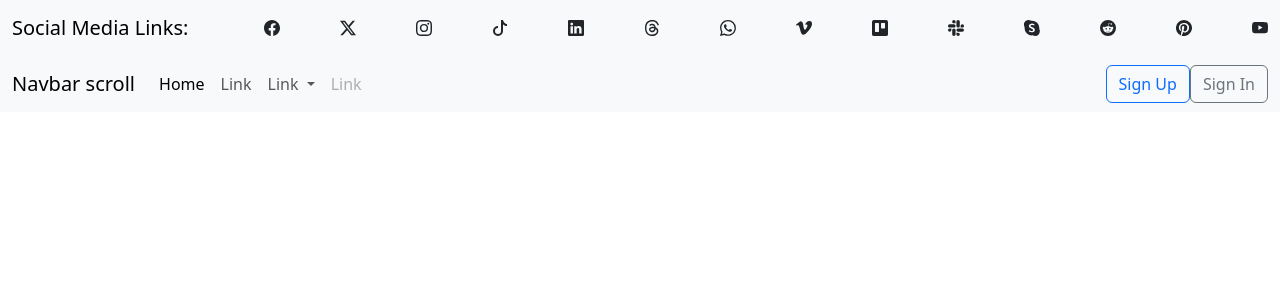
Repository: HaziimYassien/The-Discount-Empire
Page: index.html
The author's editor kept a copy of each file at every save. The page is drawn from the files as they stood at one save, then again after a run of saves.
The browser window is 1280 px wide. The pictures show the whole page.

Above is the page before, as saved 2024-01-24 17:24:58.

### index.html
<!DOCTYPE html>
<html lang="en">
  <head>
    <meta charset="UTF-8" />
    <meta name="viewport" content="width=device-width, initial-scale=1.0" />
    <link rel="stylesheet" href="/style.css" />
    <link rel="stylesheet" href="/css/bootstrap.css" />
    <title>Document</title>
  </head>
  <body>
    <!-- START _SocialMediaBar -->
<nav class="navbar sticky-top navbar-light bg-light">
  <div class="container-fluid">
    <a class="navbar-brand" href="#">Social Media Links: </a>
    <svg xmlns="http://www.w3.org/2000/svg" width="16" height="16" fill="currentColor" class="bi bi-facebook" viewBox="0 0 16 16">
  <path d="M16 8.049c0-4.446-3.582-8.05-8-8.05C3.58 0-.002 3.603-.002 8.05c0 4.017 2.926 7.347 6.75 7.951v-5.625h-2.03V8.05H6.75V6.275c0-2.017 1.195-3.131 3.022-3.131.876 0 1.791.157 1.791.157v1.98h-1.009c-.993 0-1.303.621-1.303 1.258v1.51h2.218l-.354 2.326H9.25V16c3.824-.604 6.75-3.934 6.75-7.951"/>
</svg>
<svg xmlns="http://www.w3.org/2000/svg" width="16" height="16" fill="currentColor" class="bi bi-twitter-x" viewBox="0 0 16 16">
  <path d="M12.6.75h2.454l-5.36 6.142L16 15.25h-4.937l-3.867-5.07-4.425 5.07H.316l5.733-6.57L0 .75h5.063l3.495 4.633L12.601.75Zm-.86 13.028h1.36L4.323 2.145H2.865z"/>
</svg>
<svg xmlns="http://www.w3.org/2000/svg" width="16" height="16" fill="currentColor" class="bi bi-instagram" viewBox="0 0 16 16">
  <path d="M8 0C5.829 0 5.556.01 4.703.048 3.85.088 3.269.222 2.76.42a3.9 3.9 0 0 0-1.417.923A3.9 3.9 0 0 0 .42 2.76C.222 3.268.087 3.85.048 4.7.01 5.555 0 5.827 0 8.001c0 2.172.01 2.444.048 3.297.04.852.174 1.433.372 1.942.205.526.478.972.923 1.417.444.445.89.719 1.416.923.51.198 1.09.333 1.942.372C5.555 15.99 5.827 16 8 16s2.444-.01 3.298-.048c.851-.04 1.434-.174 1.943-.372a3.9 3.9 0 0 0 1.416-.923c.445-.445.718-.891.923-1.417.197-.509.332-1.09.372-1.942C15.99 10.445 16 10.173 16 8s-.01-2.445-.048-3.299c-.04-.851-.175-1.433-.372-1.941a3.9 3.9 0 0 0-.923-1.417A3.9 3.9 0 0 0 13.24.42c-.51-.198-1.092-.333-1.943-.372C10.443.01 10.172 0 7.998 0zm-.717 1.442h.718c2.136 0 2.389.007 3.232.046.78.035 1.204.166 1.486.275.373.145.64.319.92.599s.453.546.598.92c.11.281.24.705.275 1.485.039.843.047 1.096.047 3.231s-.008 2.389-.047 3.232c-.035.78-.166 1.203-.275 1.485a2.5 2.5 0 0 1-.599.919c-.28.28-.546.453-.92.598-.28.11-.704.24-1.485.276-.843.038-1.096.047-3.232.047s-2.39-.009-3.233-.047c-.78-.036-1.203-.166-1.485-.276a2.5 2.5 0 0 1-.92-.598 2.5 2.5 0 0 1-.6-.92c-.109-.281-.24-.705-.275-1.485-.038-.843-.046-1.096-.046-3.233s.008-2.388.046-3.231c.036-.78.166-1.204.276-1.486.145-.373.319-.64.599-.92s.546-.453.92-.598c.282-.11.705-.24 1.485-.276.738-.034 1.024-.044 2.515-.045zm4.988 1.328a.96.96 0 1 0 0 1.92.96.96 0 0 0 0-1.92m-4.27 1.122a4.109 4.109 0 1 0 0 8.217 4.109 4.109 0 0 0 0-8.217m0 1.441a2.667 2.667 0 1 1 0 5.334 2.667 2.667 0 0 1 0-5.334"/>
</svg>
<svg xmlns="http://www.w3.org/2000/svg" width="16" height="16" fill="currentColor" class="bi bi-tiktok" viewBox="0 0 16 16">
  <path d="M9 0h1.98c.144.715.54 1.617 1.235 2.512C12.895 3.389 13.797 4 15 4v2c-1.753 0-3.07-.814-4-1.829V11a5 5 0 1 1-5-5v2a3 3 0 1 0 3 3z"/>
</svg>
<svg xmlns="http://www.w3.org/2000/svg" width="16" height="16" fill="currentColor" class="bi bi-linkedin" viewBox="0 0 16 16">
  <path d="M0 1.146C0 .513.526 0 1.175 0h13.65C15.474 0 16 .513 16 1.146v13.708c0 .633-.526 1.146-1.175 1.146H1.175C.526 16 0 15.487 0 14.854zm4.943 12.248V6.169H2.542v7.225zm-1.2-8.212c.837 0 1.358-.554 1.358-1.248-.015-.709-.52-1.248-1.342-1.248S2.4 3.226 2.4 3.934c0 .694.521 1.248 1.327 1.248zm4.908 8.212V9.359c0-.216.016-.432.08-.586.173-.431.568-.878 1.232-.878.869 0 1.216.662 1.216 1.634v3.865h2.401V9.25c0-2.22-1.184-3.252-2.764-3.252-1.274 0-1.845.7-2.165 1.193v.025h-.016l.016-.025V6.169h-2.4c.03.678 0 7.225 0 7.225z"/>
</svg>
<svg xmlns="http://www.w3.org/2000/svg" width="16" height="16" fill="currentColor" class="bi bi-threads" viewBox="0 0 16 16">
  <path d="M6.321 6.016c-.27-.18-1.166-.802-1.166-.802.756-1.081 1.753-1.502 3.132-1.502.975 0 1.803.327 2.394.948s.928 1.509 1.005 2.644q.492.207.905.484c1.109.745 1.719 1.86 1.719 3.137 0 2.716-2.226 5.075-6.256 5.075C4.594 16 1 13.987 1 7.994 1 2.034 4.482 0 8.044 0 9.69 0 13.55.243 15 5.036l-1.36.353C12.516 1.974 10.163 1.43 8.006 1.43c-3.565 0-5.582 2.171-5.582 6.79 0 4.143 2.254 6.343 5.63 6.343 2.777 0 4.847-1.443 4.847-3.556 0-1.438-1.208-2.127-1.27-2.127-.236 1.234-.868 3.31-3.644 3.31-1.618 0-3.013-1.118-3.013-2.582 0-2.09 1.984-2.847 3.55-2.847.586 0 1.294.04 1.663.114 0-.637-.54-1.728-1.9-1.728-1.25 0-1.566.405-1.967.868ZM8.716 8.19c-2.04 0-2.304.87-2.304 1.416 0 .878 1.043 1.168 1.6 1.168 1.02 0 2.067-.282 2.232-2.423a6.2 6.2 0 0 0-1.528-.161"/>
</svg>
<svg xmlns="http://www.w3.org/2000/svg" width="16" height="16" fill="currentColor" class="bi bi-whatsapp" viewBox="0 0 16 16">
  <path d="M13.601 2.326A7.85 7.85 0 0 0 7.994 0C3.627 0 .068 3.558.064 7.926c0 1.399.366 2.76 1.057 3.965L0 16l4.204-1.102a7.9 7.9 0 0 0 3.79.965h.004c4.368 0 7.926-3.558 7.93-7.93A7.9 7.9 0 0 0 13.6 2.326zM7.994 14.521a6.6 6.6 0 0 1-3.356-.92l-.24-.144-2.494.654.666-2.433-.156-.251a6.56 6.56 0 0 1-1.007-3.505c0-3.626 2.957-6.584 6.591-6.584a6.56 6.56 0 0 1 4.66 1.931 6.56 6.56 0 0 1 1.928 4.66c-.004 3.639-2.961 6.592-6.592 6.592m3.615-4.934c-.197-.099-1.17-.578-1.353-.646-.182-.065-.315-.099-.445.099-.133.197-.513.646-.627.775-.114.133-.232.148-.43.05-.197-.1-.836-.308-1.592-.985-.59-.525-.985-1.175-1.103-1.372-.114-.198-.011-.304.088-.403.087-.088.197-.232.296-.346.1-.114.133-.198.198-.33.065-.134.034-.248-.015-.347-.05-.099-.445-1.076-.612-1.47-.16-.389-.323-.335-.445-.34-.114-.007-.247-.007-.38-.007a.73.73 0 0 0-.529.247c-.182.198-.691.677-.691 1.654s.71 1.916.81 2.049c.098.133 1.394 2.132 3.383 2.992.47.205.84.326 1.129.418.475.152.904.129 1.246.08.38-.058 1.171-.48 1.338-.943.164-.464.164-.86.114-.943-.049-.084-.182-.133-.38-.232"/>
</svg>
<svg xmlns="http://www.w3.org/2000/svg" width="16" height="16" fill="currentColor" class="bi bi-vimeo" viewBox="0 0 16 16">
  <path d="M15.992 4.204q-.106 2.334-3.262 6.393-3.263 4.243-5.522 4.243-1.4 0-2.367-2.583L3.55 7.523Q2.83 4.939 2.007 4.94q-.178.001-1.254.754L0 4.724a210 210 0 0 0 2.334-2.081q1.581-1.364 2.373-1.437 1.865-.185 2.298 2.553.466 2.952.646 3.666.54 2.447 1.186 2.445.5 0 1.508-1.587 1.006-1.587 1.077-2.415.144-1.37-1.077-1.37a3 3 0 0 0-1.185.261q1.183-3.86 4.508-3.756 2.466.075 2.324 3.2z"/>
</svg>
<svg xmlns="http://www.w3.org/2000/svg" width="16" height="16" fill="currentColor" class="bi bi-trello" viewBox="0 0 16 16">
  <path d="M14.1 0H1.903C.852 0 .002.85 0 1.9v12.19A1.9 1.9 0 0 0 1.902 16h12.199A1.9 1.9 0 0 0 16 14.09V1.9A1.9 1.9 0 0 0 14.1 0M7 11.367a.636.636 0 0 1-.64.633H3.593a.633.633 0 0 1-.63-.633V3.583c0-.348.281-.631.63-.633h2.765c.35.002.632.284.633.633zm6.052-3.5a.633.633 0 0 1-.64.633h-2.78A.636.636 0 0 1 9 7.867V3.583a.636.636 0 0 1 .633-.633h2.778c.35.002.631.285.631.633z"/>
</svg>
<svg xmlns="http://www.w3.org/2000/svg" width="16" height="16" fill="currentColor" class="bi bi-slack" viewBox="0 0 16 16">
  <path d="M3.362 10.11c0 .926-.756 1.681-1.681 1.681S0 11.036 0 10.111.756 8.43 1.68 8.43h1.682zm.846 0c0-.924.756-1.68 1.681-1.68s1.681.756 1.681 1.68v4.21c0 .924-.756 1.68-1.68 1.68a1.685 1.685 0 0 1-1.682-1.68zM5.89 3.362c-.926 0-1.682-.756-1.682-1.681S4.964 0 5.89 0s1.68.756 1.68 1.68v1.682zm0 .846c.924 0 1.68.756 1.68 1.681S6.814 7.57 5.89 7.57H1.68C.757 7.57 0 6.814 0 5.89c0-.926.756-1.682 1.68-1.682zm6.749 1.682c0-.926.755-1.682 1.68-1.682S16 4.964 16 5.889s-.756 1.681-1.68 1.681h-1.681zm-.848 0c0 .924-.755 1.68-1.68 1.68A1.685 1.685 0 0 1 8.43 5.89V1.68C8.43.757 9.186 0 10.11 0c.926 0 1.681.756 1.681 1.68zm-1.681 6.748c.926 0 1.682.756 1.682 1.681S11.036 16 10.11 16s-1.681-.756-1.681-1.68v-1.682h1.68zm0-.847c-.924 0-1.68-.755-1.68-1.68s.756-1.681 1.68-1.681h4.21c.924 0 1.68.756 1.68 1.68 0 .926-.756 1.681-1.68 1.681z"/>
</svg>
<svg xmlns="http://www.w3.org/2000/svg" width="16" height="16" fill="currentColor" class="bi bi-skype" viewBox="0 0 16 16">
  <path d="M4.671 0c.88 0 1.733.247 2.468.702a7.42 7.42 0 0 1 6.02 2.118 7.37 7.37 0 0 1 2.167 5.215q0 .517-.072 1.026a4.66 4.66 0 0 1 .6 2.281 4.64 4.64 0 0 1-1.37 3.294A4.67 4.67 0 0 1 11.18 16c-.84 0-1.658-.226-2.37-.644a7.42 7.42 0 0 1-6.114-2.107A7.37 7.37 0 0 1 .529 8.035q0-.545.08-1.081a4.644 4.644 0 0 1 .76-5.59A4.68 4.68 0 0 1 4.67 0zm.447 7.01c.18.309.43.572.729.769a7 7 0 0 0 1.257.653q.737.308 1.145.523c.229.112.437.264.615.448.135.142.21.331.21.528a.87.87 0 0 1-.335.723c-.291.196-.64.289-.99.264a2.6 2.6 0 0 1-1.048-.206 11 11 0 0 1-.532-.253 1.3 1.3 0 0 0-.587-.15.72.72 0 0 0-.501.176.63.63 0 0 0-.195.491.8.8 0 0 0 .148.482 1.2 1.2 0 0 0 .456.354 5.1 5.1 0 0 0 2.212.419 4.6 4.6 0 0 0 1.624-.265 2.3 2.3 0 0 0 1.08-.801c.267-.39.402-.855.386-1.327a2.1 2.1 0 0 0-.279-1.101 2.5 2.5 0 0 0-.772-.792A7 7 0 0 0 8.486 7.3a1 1 0 0 0-.145-.058 18 18 0 0 1-1.013-.447 1.8 1.8 0 0 1-.54-.387.73.73 0 0 1-.2-.508.8.8 0 0 1 .385-.723 1.76 1.76 0 0 1 .968-.247c.26-.003.52.03.772.096q.412.119.802.293c.105.049.22.075.336.076a.6.6 0 0 0 .453-.19.7.7 0 0 0 .18-.496.72.72 0 0 0-.17-.476 1.4 1.4 0 0 0-.556-.354 3.7 3.7 0 0 0-.708-.183 6 6 0 0 0-1.022-.078 4.5 4.5 0 0 0-1.536.258 2.7 2.7 0 0 0-1.174.784 1.9 1.9 0 0 0-.45 1.287c-.01.37.076.736.25 1.063"/>
</svg>
<svg xmlns="http://www.w3.org/2000/svg" width="16" height="16" fill="currentColor" class="bi bi-reddit" viewBox="0 0 16 16">
  <path d="M6.167 8a.83.83 0 0 0-.83.83c0 .459.372.84.83.831a.831.831 0 0 0 0-1.661m1.843 3.647c.315 0 1.403-.038 1.976-.611a.23.23 0 0 0 0-.306.213.213 0 0 0-.306 0c-.353.363-1.126.487-1.67.487-.545 0-1.308-.124-1.671-.487a.213.213 0 0 0-.306 0 .213.213 0 0 0 0 .306c.564.563 1.652.61 1.977.61zm.992-2.807c0 .458.373.83.831.83s.83-.381.83-.83a.831.831 0 0 0-1.66 0z"/>
  <path d="M16 8A8 8 0 1 1 0 8a8 8 0 0 1 16 0m-3.828-1.165c-.315 0-.602.124-.812.325-.801-.573-1.9-.945-3.121-.993l.534-2.501 1.738.372a.83.83 0 1 0 .83-.869.83.83 0 0 0-.744.468l-1.938-.41a.2.2 0 0 0-.153.028.2.2 0 0 0-.086.134l-.592 2.788c-1.24.038-2.358.41-3.17.992-.21-.2-.496-.324-.81-.324a1.163 1.163 0 0 0-.478 2.224q-.03.17-.029.353c0 1.795 2.091 3.256 4.669 3.256s4.668-1.451 4.668-3.256c0-.114-.01-.238-.029-.353.401-.181.688-.592.688-1.069 0-.65-.525-1.165-1.165-1.165"/>
</svg>
<svg xmlns="http://www.w3.org/2000/svg" width="16" height="16" fill="currentColor" class="bi bi-pinterest" viewBox="0 0 16 16">
  <path d="M8 0a8 8 0 0 0-2.915 15.452c-.07-.633-.134-1.606.027-2.297.146-.625.938-3.977.938-3.977s-.239-.479-.239-1.187c0-1.113.645-1.943 1.448-1.943.682 0 1.012.512 1.012 1.127 0 .686-.437 1.712-.663 2.663-.188.796.4 1.446 1.185 1.446 1.422 0 2.515-1.5 2.515-3.664 0-1.915-1.377-3.254-3.342-3.254-2.276 0-3.612 1.707-3.612 3.471 0 .688.265 1.425.595 1.826a.24.24 0 0 1 .056.23c-.061.252-.196.796-.222.907-.035.146-.116.177-.268.107-1-.465-1.624-1.926-1.624-3.1 0-2.523 1.834-4.84 5.286-4.84 2.775 0 4.932 1.977 4.932 4.62 0 2.757-1.739 4.976-4.151 4.976-.811 0-1.573-.421-1.834-.919l-.498 1.902c-.181.695-.669 1.566-.995 2.097A8 8 0 1 0 8 0"/>
</svg>
<svg xmlns="http://www.w3.org/2000/svg" width="16" height="16" fill="currentColor" class="bi bi-youtube" viewBox="0 0 16 16">
  <path d="M8.051 1.999h.089c.822.003 4.987.033 6.11.335a2.01 2.01 0 0 1 1.415 1.42c.101.38.172.883.22 1.402l.01.104.022.26.008.104c.065.914.073 1.77.074 1.957v.075c-.001.194-.01 1.108-.082 2.06l-.008.105-.009.104c-.05.572-.124 1.14-.235 1.558a2.01 2.01 0 0 1-1.415 1.42c-1.16.312-5.569.334-6.18.335h-.142c-.309 0-1.587-.006-2.927-.052l-.17-.006-.087-.004-.171-.007-.171-.007c-1.11-.049-2.167-.128-2.654-.26a2.01 2.01 0 0 1-1.415-1.419c-.111-.417-.185-.986-.235-1.558L.09 9.82l-.008-.104A31 31 0 0 1 0 7.68v-.123c.002-.215.01-.958.064-1.778l.007-.103.003-.052.008-.104.022-.26.01-.104c.048-.519.119-1.023.22-1.402a2.01 2.01 0 0 1 1.415-1.42c.487-.13 1.544-.21 2.654-.26l.17-.007.172-.006.086-.003.171-.007A100 100 0 0 1 7.858 2zM6.4 5.209v4.818l4.157-2.408z"/>
</svg>
  </div>
</nav>
    <!-- END _SocialMediaBar -->
    <!-- START _NavBar -->
    <nav class="navbar navbar-expand-lg navbar-light bg-light">
      <div class="container-fluid">
        <a class="navbar-brand" href="#">Navbar scroll</a>
        <button
          class="navbar-toggler"
          type="button"
          data-bs-toggle="collapse"
          data-bs-target="#navbarScroll"
          aria-controls="navbarScroll"
          aria-expanded="false"
          aria-label="Toggle navigation"
        >
          <span class="navbar-toggler-icon"></span>
        </button>
        <div class="collapse navbar-collapse" id="navbarScroll">
          <ul
            class="navbar-nav me-auto my-2 my-lg-0 navbar-nav-scroll"
            style="--bs-scroll-height: 100px"
          >
            <li class="nav-item">
              <a class="nav-link active" aria-current="page" href="#">Home</a>
            </li>
            <li class="nav-item">
              <a class="nav-link" href="#">Link</a>
            </li>
            <li class="nav-item dropdown">
              <a
                class="nav-link dropdown-toggle"
                href="#"
                id="navbarScrollingDropdown"
                role="button"
                data-bs-toggle="dropdown"
                aria-expanded="false"
              >
                Link
              </a>
              <ul
                class="dropdown-menu"
                aria-labelledby="navbarScrollingDropdown"
              >
                <li><a class="dropdown-item" href="#">Action</a></li>
                <li><a class="dropdown-item" href="#">Another action</a></li>
                <li><hr class="dropdown-divider" /></li>
                <li>
                  <a class="dropdown-item" href="#">Something else here</a>
                </li>
              </ul>
            </li>
            <li class="nav-item">
              <a
                class="nav-link disabled"
                href="#"
                tabindex="-1"
                aria-disabled="true"
                >Link</a
              >
            </li>
          </ul>

            <button class="btn btn-outline-primary" type="#">
              Sign Up
            </button>
              <button class="btn btn-outline-secondary" type="#">
              Sign In
            </button>
          </form>
        </div>
      </div>
    </nav>
    <!-- END _NavBar -->

    <script src="/js/bootstrap.js"></script>
    <script src="/script.js"></script>
  </body>
</html>

Loaded but not shown: css/bootstrap.css (library); js/bootstrap.js (library); style.css (no stored copy; drawn as an empty file); script.js (no stored copy; drawn as an empty file)

After the next 5 saves:
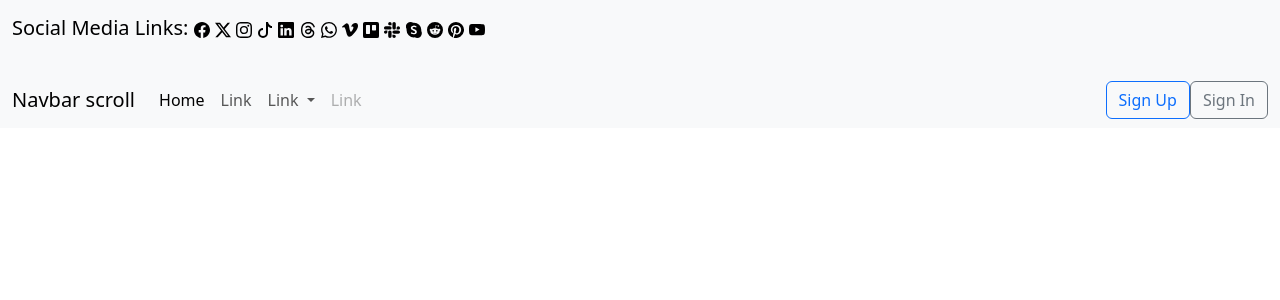
The 5 saves are shown as one change because they came seconds apart.
The last was saved 12 s later.
--- a/index.html
+++ b/index.html
@@ -11,7 +11,7 @@
     <!-- START _SocialMediaBar -->
 <nav class="navbar sticky-top navbar-light bg-light">
   <div class="container-fluid">
-    <a class="navbar-brand" href="#">Social Media Links: </a>
+    <p class="navbar-brand" href="#">Social Media Links: </a>
     <svg xmlns="http://www.w3.org/2000/svg" width="16" height="16" fill="currentColor" class="bi bi-facebook" viewBox="0 0 16 16">
   <path d="M16 8.049c0-4.446-3.582-8.05-8-8.05C3.58 0-.002 3.603-.002 8.05c0 4.017 2.926 7.347 6.75 7.951v-5.625h-2.03V8.05H6.75V6.275c0-2.017 1.195-3.131 3.022-3.131.876 0 1.791.157 1.791.157v1.98h-1.009c-.993 0-1.303.621-1.303 1.258v1.51h2.218l-.354 2.326H9.25V16c3.824-.604 6.75-3.934 6.75-7.951"/>
 </svg>
